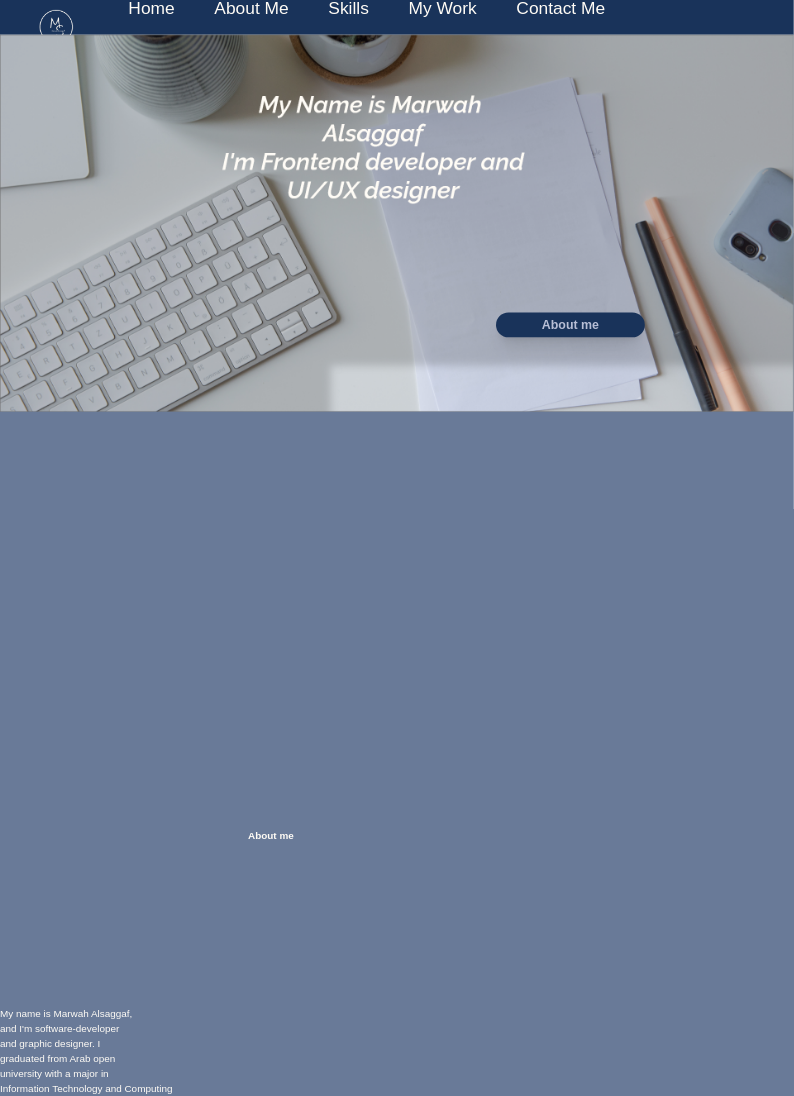
Repository: MEROO1010/my_portfolio
Page: /
The author's editor kept a copy of each file at every save. The page is drawn from the files as they stood at one save, then again after the next save.
The browser window is 1280 px wide. The pictures show the whole page, at 62% of full size.
The project was rebuilt for these pictures with package versions that can differ from the ones it lists, and the page was loaded fresh each time. The framework's server and built-in components were replaced by stand-ins that run in the browser. Also part of the build but not shown: next.config.js.

Above is the page before, as saved 2023-03-10 02:26:45.

### pages/_app.tsx
import '../styles/globals.css'
import type { AppProps } from 'next/app'
import 'tailwindcss/tailwind.css'


function MyApp({ Component, pageProps }: AppProps) {
  return <Component {...pageProps} />
}

export default MyApp

### pages/index.tsx
import type { NextPage } from 'next'
import AboutMe from './components/AboutMe'
import HomePage from './components/HomePage'

const Home: NextPage = () => {
  return (
    <div>
      <HomePage/>
      <AboutMe/>
    </div>
  )
}

export default Home

### styles/globals.css
@tailwind base;
@tailwind components;
@tailwind utilities;
@import url('https://fonts.googleapis.com/css2?family=Raleway:ital,wght@0,400;0,500;0,600;0,700;1,500;1,600&display=swap')

### pages/components/AboutMe.tsx
import React from 'react'
import Image from 'next/image'


const AboutMe = () => {
  return (
    <div className="bg-[#697A98]  ">

        <div className=" relative px-80 py-80 my-80 mx-80 left-80 top-80">
        <Image src="/assets/images/laptop-screen.png" alt="laptop" width={542} height={542}/>
        </div>


        <div className="text-[#FFFCF6] ">
            <h1 className=" static py-18 my-60  px-40 mx-60 bottom-80 right-12 font-raleway font-bold ">About me</h1>
            <br/>
            <p className='font-raleway font-italic'>
            My name is Marwah Alsaggaf,<br/> and I'm software-developer <br/>
            and graphic designer. I <br/>
            graduated from Arab open <br/> university with a major in
             <br/> Information Technology and Computing
            </p>
        </div>

    </div>
  )
}

export default AboutMe

### pages/components/HomePage.tsx
import React from 'react'
import Image from 'next/image'


const HomePage = () => {
  return (
    <div className='bg-slate-700'>
        <Image src="/header.png" alt="Header" width={2000} height={0}/>

        <div className='mx-16 my-0 top-4  absolute	  '>
        <Image src="/my_logo_white.png" alt="My Logo" width={54} height={0}/>
        </div>

        <div>
          <ul className=' relative   float-right flex flex-col  px-8 mx-40 right-28   bottom-16   space-x-16 md:flex-row text-[#FFFCF6] text-[28px] font-raleway'>
            <li>Home</li>
            <li>About Me</li>
            <li>Skills</li>
            <li>My Work</li>
            <li>Contact Me</li>
          </ul>
        </div>


       <div className=' absolute   py-0'>
       <Image src="/assets/images/MainPage.png" alt="main image" width={1920} height={912}/>
        {/*add About Me button*/}
       <div className='absolute px-60 my-80 mx-60 left-80 top-32 '>
       <button className='bg-[#19335A] rounded-3xl w-60 h-10  text-[20px] text-[#B8BFD6] font-raleway font-semibold shadow-xl' >About me</button>
       </div>

        {/*add my others accounts list*/}

        <div>
          <ul className=' absolute   float-right flex flex-col top-80 py-60 px-80 mx-80 left-32   space-x-8 md:flex-row '>
            <li><a href='https://github.com/MEROO1010'><Image src="/assets/images/github.png" alt="main image" width={54} height={54}/></a></li>
            <li><a href='https://www.instagram.com/meroo_alsaggaf/'><Image src="/assets/images/instagram.png" alt="main image" width={64} height={53}/></a></li>
            <li><a href='https://www.behance.net/merooalsaggaf'><Image src="/assets/images/behance.png" alt="main image" width={54} height={54}/></a></li>
            <li><a href='https://www.linkedin.com/in/marwah-alsaggaf-ba44011b2/'><Image src="/assets/images/linkedIn.png" alt="main image" width={54} height={54}/></a></li>
          </ul>
        </div>
       </div>






    </div>
  )
}

export default HomePage

### tailwind.config.js
/** @type {import('tailwindcss').Config} */
module.exports = {
   purge: ['./pages/**/*.{js,ts,jsx,tsx}', './components/**/*.{js,ts,jsx,tsx}'],
  content: [
    './pages/**/*.{js,ts,jsx,tsx}',
    './components/**/*.{js,ts,jsx,tsx}',
    './app/**/*.{js,ts,jsx,tsx}',
  ],
  theme: {
    extend:
    {
      fontFamily: {
        'raleway': ['Raleway', 'sans-serif']
      },
    },
  },
  plugins: [],
}

After the next save:
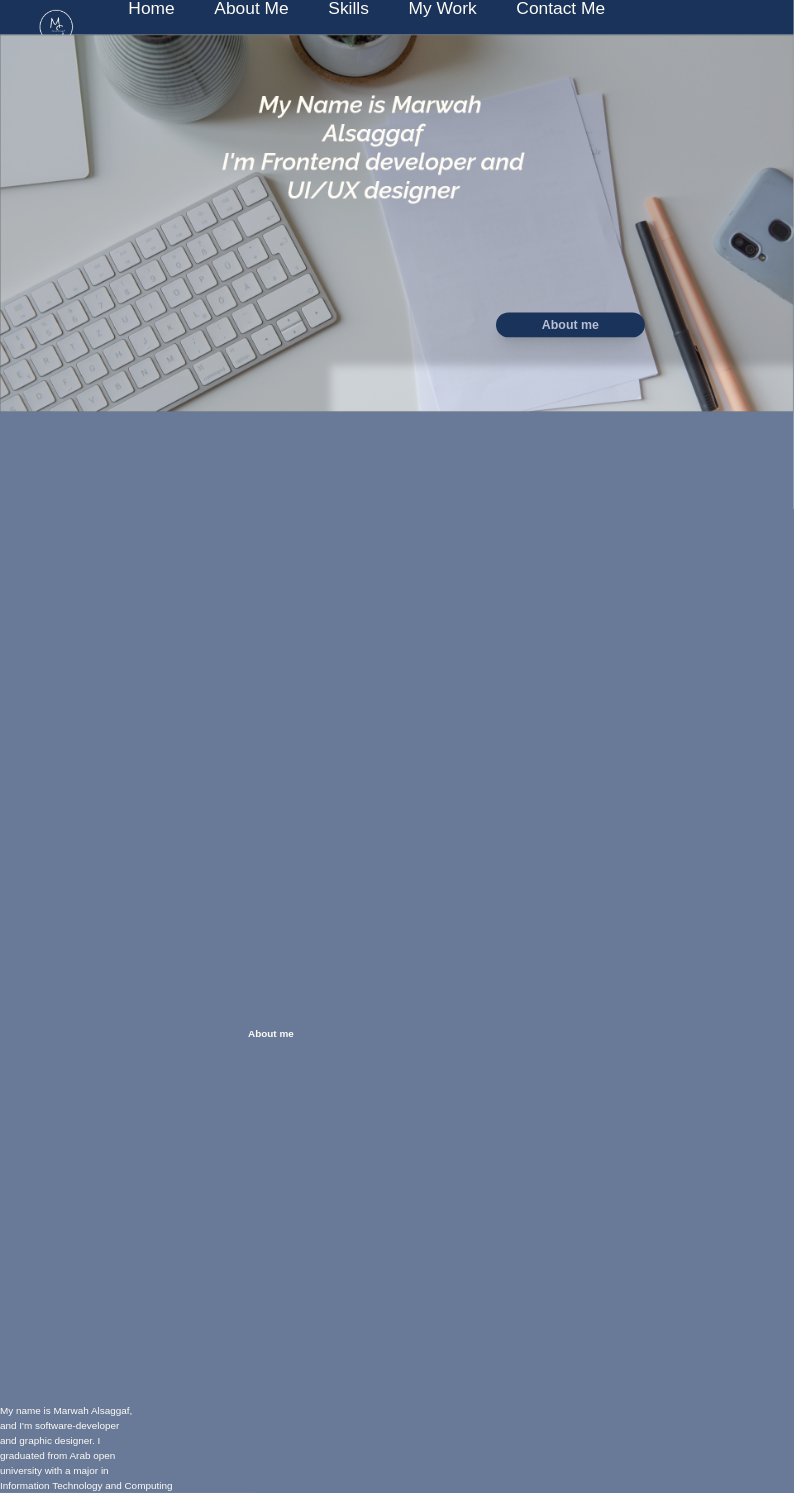
Saved 4 s later.
--- a/pages/components/AboutMe.tsx
+++ b/pages/components/AboutMe.tsx
@@ -12,7 +12,7 @@ const AboutMe = () => {
 
 
         <div className="text-[#FFFCF6] ">
-            <h1 className=" static py-18 my-60  px-40 mx-60 bottom-80 right-12 font-raleway font-bold ">About me</h1>
+            <h1 className=" static py-80 my-60  px-40 mx-60 bottom-80 right-12 font-raleway font-bold ">About me</h1>
             <br/>
             <p className='font-raleway font-italic'>
             My name is Marwah Alsaggaf,<br/> and I'm software-developer <br/>
